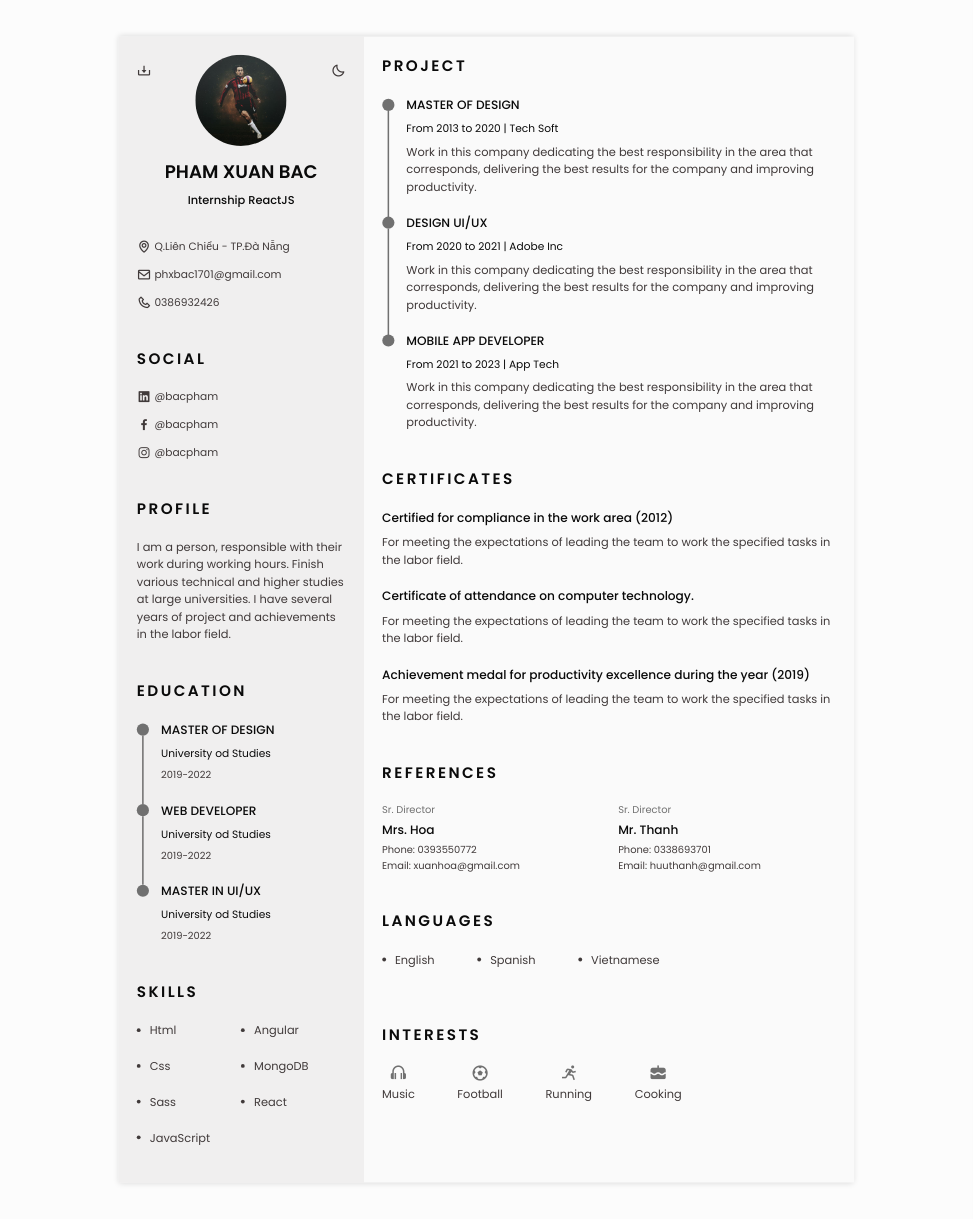
Repository: northpx/myCV
Page: index.html
These files come from the project's save history. The page is drawn as it stood at one moment and after a run of saves; the edit follows.
The browser window is 1280 px wide. The pictures show the whole page, at 76% of full size.

Above is the page before, as saved 2023-02-23 16:16:10.

After the next 4 saves:
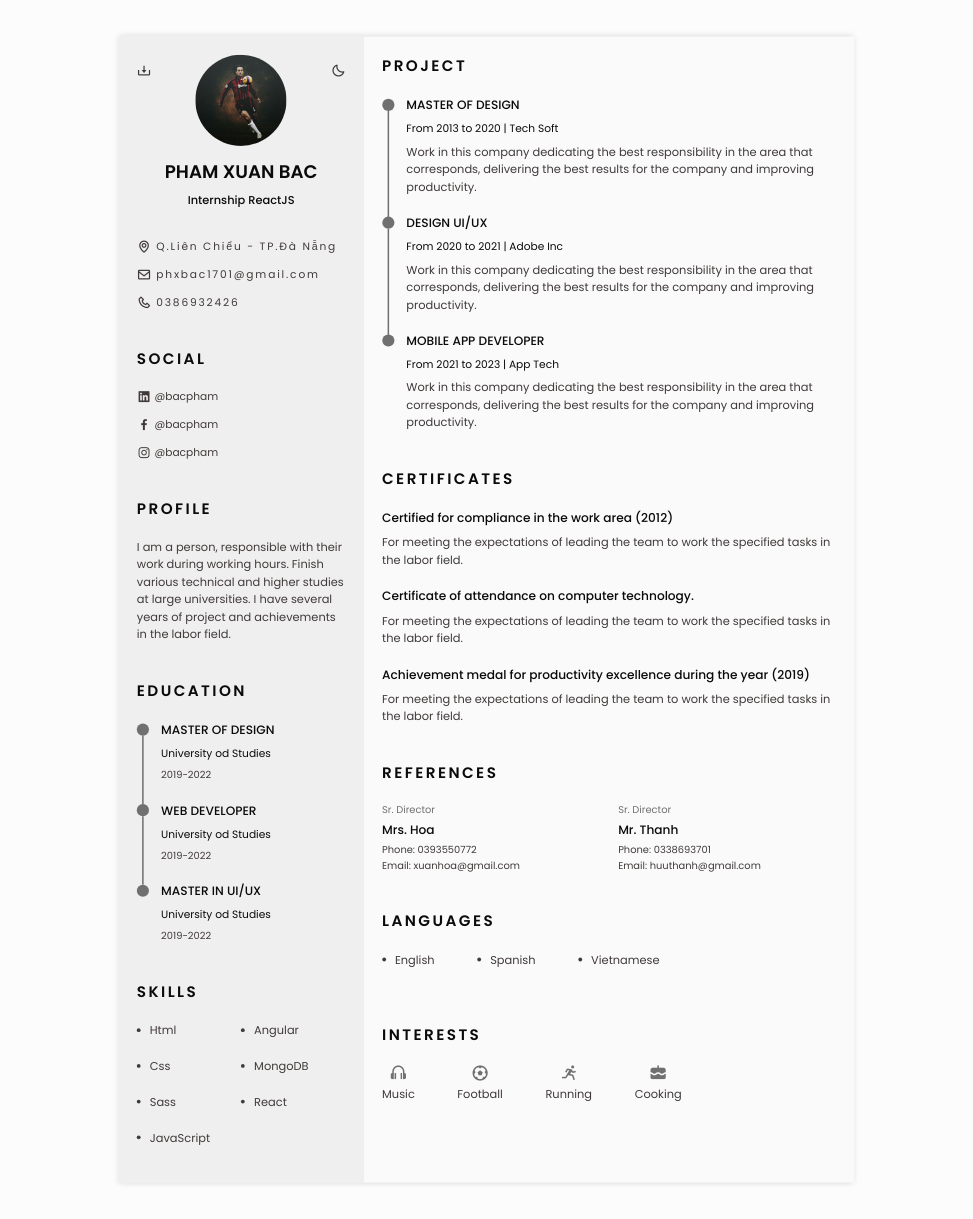
The 4 saves are shown as one change because they came seconds apart.
The last was saved 16 s later.
--- a/src/css/styles.css
+++ b/src/css/styles.css
@@ -333,6 +333,7 @@
 
 .home__address{
     gap: 1rem;
+    letter-spacing: .15rem;
 }
 
 .home__information{
